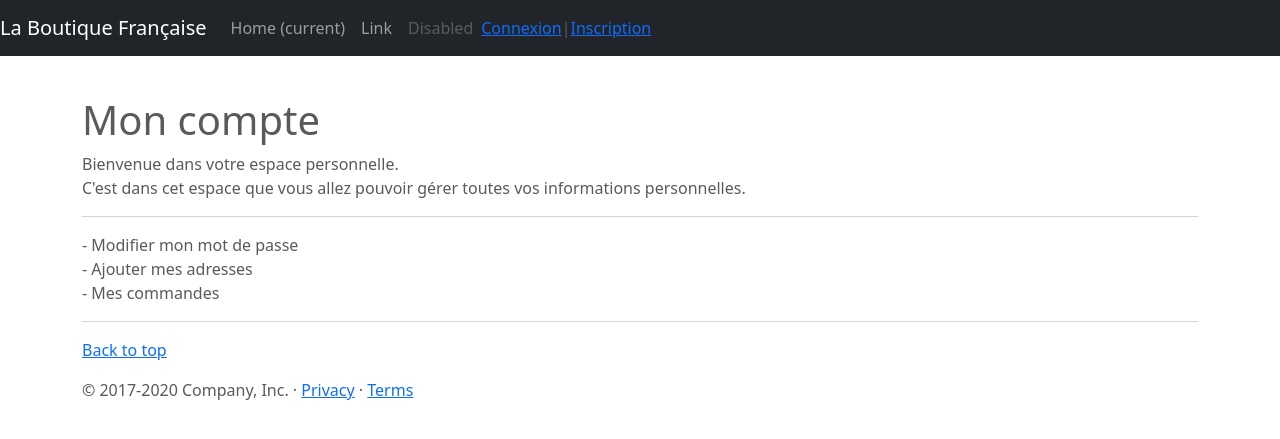
Repository: Coulibaly00180/laboutiquefrancaise
Page: templates/account/index.html.twig
The author's editor kept a copy of each file at every save. The page is drawn from the files as they stood at one save, then again after the next save.
The browser window is 1280 px wide. The pictures show the whole page.
The page is a Twig template of a Symfony application; nobody is signed in and links lead nowhere. The template is opened directly, without the code that normally fills it, so the values that code supplies are empty.

Above is the page before, as saved 2023-03-02 11:22:21.

After the next save:
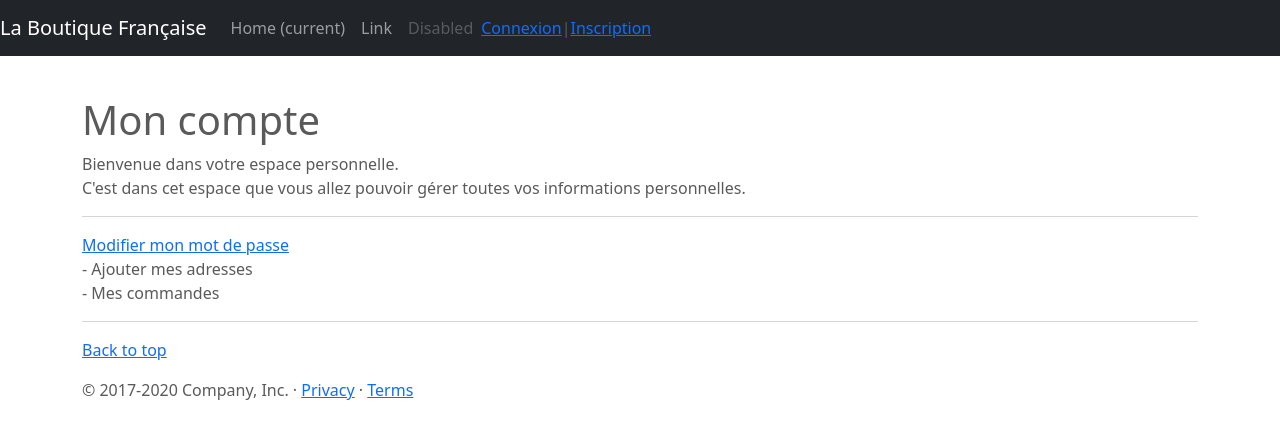
Saved 64 s later.
--- a/templates/account/index.html.twig
+++ b/templates/account/index.html.twig
@@ -7,7 +7,7 @@
     Bienvenue {{ app.user.firstName}} dans votre espace personnelle. <br>
     C'est dans cet espace que vous allez pouvoir gérer toutes vos informations personnelles.<br>
     <hr>
-    -   Modifier mon mot de passe<br>
+    <a href="">Modifier mon mot de passe</a> <br>
     -   Ajouter mes adresses<br>
     -   Mes commandes<br>
     <hr>
